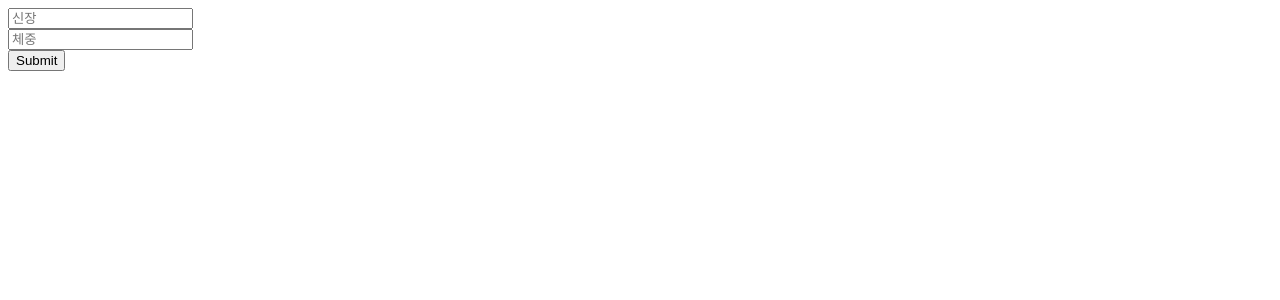
Repository: Kimhwawon/jsp_practice
Page: http://localhost/JSPBasic/JsObject/1.requests/req_bmi.jsp
These files come from the project's save history. The page is drawn as it stood at one moment and after the next save; the edit follows.
The browser window is 1280 px wide. The pictures show the whole page.
The page is served by Tomcat 9.

Above is the page before, as saved 2022-02-04 00:46:07.

After the next save:
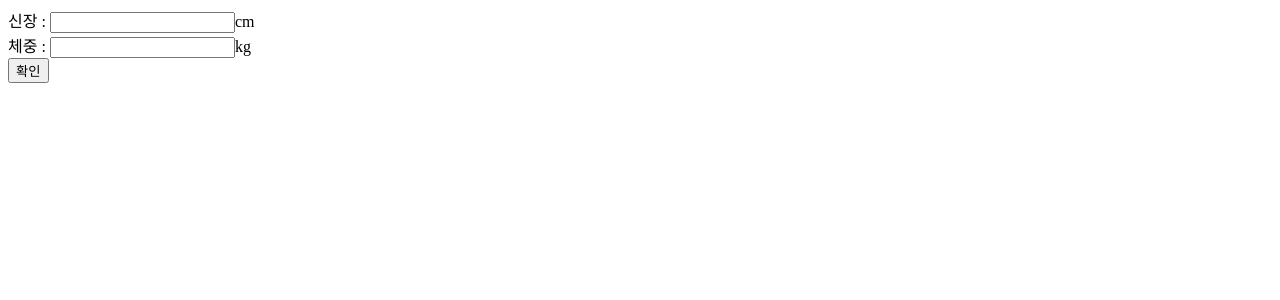
Saved 6 min 16 s later.
--- a/JSPBasic/src/main/webapp/JsObject/1.requests/req_bmi.jsp
+++ b/JSPBasic/src/main/webapp/JsObject/1.requests/req_bmi.jsp
@@ -17,13 +17,13 @@
 	4. submit 버튼을 사용하면 action= 에 지정한 페이지로 자료가 전송됩니다.
 	req_bmi.jsp == req_bmi_result.jsp 로 전송되게 해 주세요 -->
 
-	<form action="req_bmi_result.jsp" method="get"/>
-	<input type="text" name="height" height="신장"  placeholder="신장"/><br/>
-	<input type="text" name="weight" weight="체중" placeholder="체중"/><br/>
+	<form action="req_bmi_result.jsp" method="post"/>
+	신장 : <input type="text" name="height" height="신장"/>cm<br/>
+	체중 : <input type="text" name="weight" weight="체중"/>kg<br/>
 
 
 
-	<input type = "submit"/>
+	<input type = "submit" value="확인"/>
 
 	</form>
 
